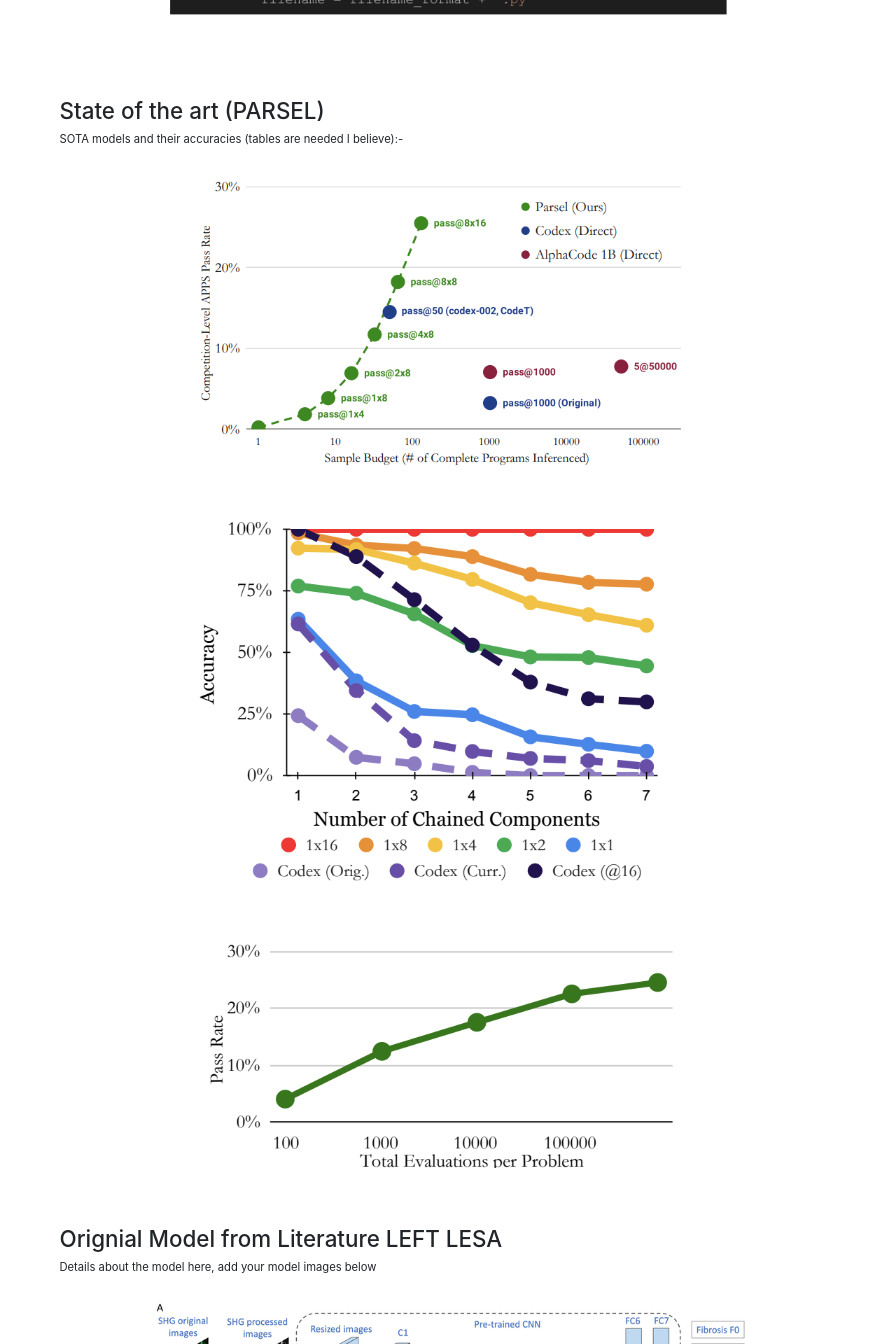
Repository: Shaalan-omar/ConcodePlus
Page: team-specific/index.html
An editor plug-in stored every save of this project. The page is shown before and after the next save, followed by the edit.
The browser window is 1280 px wide. The pictures show the part of the page from y = 3262 to 5182 px (the page is 7667 px tall before and 7739 px after), at 70% of full size.

Above is the page before, as saved 2023-05-14 01:00:20.

### team-specific/index.html
<!DOCTYPE html>
<html lang="en">

<head>

  <meta charset="utf-8">
  <meta name="viewport" content="width=device-width, initial-scale=1, shrink-to-fit=no">
  <meta name="description" content="">
  <meta name="author" content="">

  <title>Code Generation / Documentation model based on CodeT5</title>

  <!-- Bootstrap core CSS -->
  <link href="../vendor/bootstrap/css/bootstrap.min.css" rel="stylesheet">

</head>

<body>

  <!-- Navigation -->
  <nav class="navbar navbar-expand-lg navbar-dark bg-dark static-top">
    <div class="container">
      <a class="navbar-brand" href="../home.html">Practical Machine Deep Learning</a>
      <button class="navbar-toggler" type="button" data-toggle="collapse" data-target="#navbarResponsive" aria-controls="navbarResponsive" aria-expanded="false" aria-label="Toggle navigation">
        <span class="navbar-toggler-icon"></span>
      </button>
      <div class="collapse navbar-collapse" id="navbarResponsive">
        <ul class="navbar-nav ml-auto">
          <li class="nav-item active">
            <a class="nav-link" href="../home.html">Home
              <span class="sr-only">(current)</span>
            </a>
          </li>
          <li class="nav-item">
            <a class="nav-link" href="../about.html">About</a>
          </li>
          <li class="nav-item">
            <a class="nav-link" href="../contact.html">Contact</a>
          </li>
        </ul>
      </div>
    </div>
  </nav>

  <!-- Page Content -->
  <div class="container">
    <div class="row">
      <div class="col-lg-12 text-center">
        <h1 class="mt-5">Code Generation / Documentation model based on CodeT5</h1>
        <ul class="list-unstyled">
          <li>Omar Shaalan 900193887</li>
          <li>Kyrollos Zakarya 900203309</li>
        </ul>
      </div>
    </div>


    <div class="row">
      <div class="col-lg-12 text-left">
        <h2 class="mt-5"></h2>
		<p>
			Code generation is a very important in our current daily life. However, the documentation of the code is beyond important too,
      we need the code that is generated to have a documentation generated with it in order to be able to generate a code that is understandable
      and increase the efficency (we increase the efficency of the code by providing commented code, so it will be easier to understand and reuse or extract the
       needed parts from it)
		</p>
      </div>
    </div>

    <div class="row">
      <div class="col-lg-12 text-left">
        <h2 class="mt-5">Dataset</h2>

        <p>
			Our initial plan was to work with the Cocode's task dataset (concode is the code generation task), this was initially our intution
      as our task, ConcodePlus(the commented code generation task), was going to generate the code that concode generated but with comments. However,
      in concode's dataset we only had the code and the Natural Language describing the code, but no dataset had the code itself with comments in the same coloumn,
      this of course limited our ways
      to train the model on genreating a documented code, as we had no clear dataset that had code, comments for that code, all we had was datasets having code and
      a natural language describing the code, as illustrated in the visualization of the Concode's dataset below.
    </p>
    <br/> <!-- Empty Line before the image -->
    <div class="img-container" align="center"> <!-- Block parent element -->
        <img src="resources/images/concode.png" class="img-fluid text-center">
    </div>
    <br/> <!-- Empty Line after the image -->
<p>
  Hence, we had to make a major change, that will allow us to have a dataset that contains a pair consisting of code and a prompt as usual describing
      the code, but in the code's column we added comments to the code itself in the same coloumn.
      This was our own dataset, and we called PyPlus, as this dataset works on Python codes only, and the plus part is because it is the first of its
      type to contain code with detailed comments of the code in the same column, or at least the first
      of its type as an open source dataset, as we have found NO other open source or closed source (but this is hard to make sure of as closed source
      are like a black box, you cannot see what is inside them) dataset in python storing data in that way.
</p>
<br/> <!-- Empty Line before the image -->
<div class="img-container" align="center"> <!-- Block parent element -->
    <img src="resources/images/dataset.png" class="img-fluid text-center">
</div>

      </div>
    </div>

    <div class="row">
      <div class="col-lg-12 text-left">
        <h2 class="mt-5">Input/Output Examples</h2>
   <br>
      </br>
        <h3>
			 Problem statement: -
        </h3>

		<br/> <!-- Empty Line before the image -->
	    <div class="img-container" align="center"> <!-- Block parent element -->
      		<img src="resources/images/Problem_Stat_1.png" class="img-fluid text-center">
    	</div>

    	<br/> <!-- Empty Line after the image -->

      <br/> <!-- Empty Line before the image -->
	    <div class="img-container" align="center"> <!-- Block parent element -->
      		<img src="resources/images/Problem_Stat_2.png" class="img-fluid text-center">
    	</div>


        <br>
      </br>
         <h3>
			 Our Own Output: -
        </h3>

      	    <div class="img-container" align="center"> <!-- Block parent element -->
      		<img src="resources/images/output_real.png" class="img-fluid text-center">
    	</div>
      <!-- <p class = "center">
        Feel the difference?
     </p> -->
     <br>
    </br>

    	<br/> <!-- Empty Line after the image -->
      </div>
    </div>


    <div class="row">
      <div class="col-lg-12 text-left">
        <h2 class="mt-5">State of the art (PARSEL)</h2>

        <p>
			SOTA models and their accuracies (tables are needed I believe):-
		</p>

		<br/> <!-- Empty Line before the image -->
	    <div class="img-container" align="center"> <!-- Block parent element -->
      		<img src="resources/images/parsel_1.png" class="img-fluid text-center">
    	</div>
    	<br/> <!-- Empty Line after the image -->

      <br/> <!-- Empty Line before the image -->
	    <div class="img-container" align="center"> <!-- Block parent element -->
      		<img src="resources/images/parsel_2.png" class="img-fluid text-center">
    	</div>
    	<br/> <!-- Empty Line after the image -->

      <br/> <!-- Empty Line before the image -->
	    <div class="img-container" align="center"> <!-- Block parent element -->
      		<img src="resources/images/parsel_3.png" class="img-fluid text-center">
    	</div>
    	<br/> <!-- Empty Line after the image -->
      </div>
    </div>

    <div class="row">
      <div class="col-lg-12 text-left">
        <h2 class="mt-5">Orignial Model from Literature LEFT LESA</h2>

        <p>
			Details about the model here, add your model images below
		</p>

		<br/> <!-- Empty Line before the image -->
	    <div class="img-container" align="center"> <!-- Block parent element -->
      		<img src="resources/images/model.png" class="img-fluid text-center">
    	</div>
    	<br/> <!-- Empty Line after the image -->
      </div>
    </div>

    <div class="row">
      <div class="col-lg-12 text-left">
        <h2 class="mt-5">Proposed Updates</h2>

        <p>
			Add all the model updates you made here, need as many images as you wish
		</p>

		<h5 class="mt-5">Update #1: Adding Reinforcement Learning</h5>
		<p>
			Give rewards when the generated documentation along with the code is correct and add negative rewards when the generation is not good.
		</p>
		<br/> <!-- Empty Line before the image -->
	    <div class="img-container" align="center"> <!-- Block parent element -->
      		<img src="resources/images/reinforcement.png" class="img-fluid text-center">
    	</div>
    	<br/> <!-- Empty Line after the image -->
      </div>
    </div>


    <div class="row">
      <div class="col-lg-12 text-left">
        <h2 class="mt-5">Results</h2>

        <p>
			LEFT lehad ma tet7asen Add your results here, add graphs and images to illustrate it.
			Compare your results to the original model and state of the art
		</p>

		<br/> <!-- Empty Line before the image -->
	    <div class="img-container" align="center"> <!-- Block parent element -->
      		<img src="resources/images/results.png" class="img-fluid text-center">
    	</div>
    	<br/> <!-- Empty Line after the image -->
      </div>
    </div>


    <div class="row">
      <div class="col-lg-12 text-left">
        <h2 class="mt-5">Technical report</h2>

        <p>
			LEft Here you will detail the details related to training, for example: Filled With KYRO
		</p>

	 	<ul>
		  <li>Programming framework</li>
		  <li>Training hardware i.e. colab or azure or anything else</li>
		  <li>Training time</li>
		  <li>Number of epochs</li>
		  <li>Time per epoch</li>
		  <li>Any other important detail or difficulties</li>
		</ul>
      </div>
    </div>

	<div class="row">
	  <div class="col-lg-12 text-left">
	    <h2 class="mt-5">Conclusion</h2>

	    <p>
			Conclusion and future work (including lessons learned and interesting findings
		</p>

	  </div>
	</div>

	<div class="row">
	  <div class="col-lg-12 text-left">
	    <h2 class="mt-5">References</h2>

	    <p>
	    	List all references here, the following are only examples
	    </p>

		<ol>
		  <li><a href="https://arxiv.org/pdf/2212.10561v2.pdf">Parsel Paper</a></li>
		  <li><a href="https://arxiv.org/pdf/2109.00859v1.pdf">CodeT5 PaperL</a></li>
		  <li><a href="http://www.google.com">Dataset Link LEFT need to upload it to github</a></li>
		</ol>
	  </div>
	</div>

  </div>



  <!-- Bootstrap core JavaScript -->
  <script src="../vendor/jquery/jquery.slim.min.js"></script>
  <script src="../vendor/bootstrap/js/bootstrap.bundle.min.js"></script>

</body>

</html>

Loaded but not shown: vendor/bootstrap/css/bootstrap.min.css (library); vendor/jquery/jquery.slim.min.js (library); vendor/bootstrap/js/bootstrap.bundle.min.js (library)

After the next save:
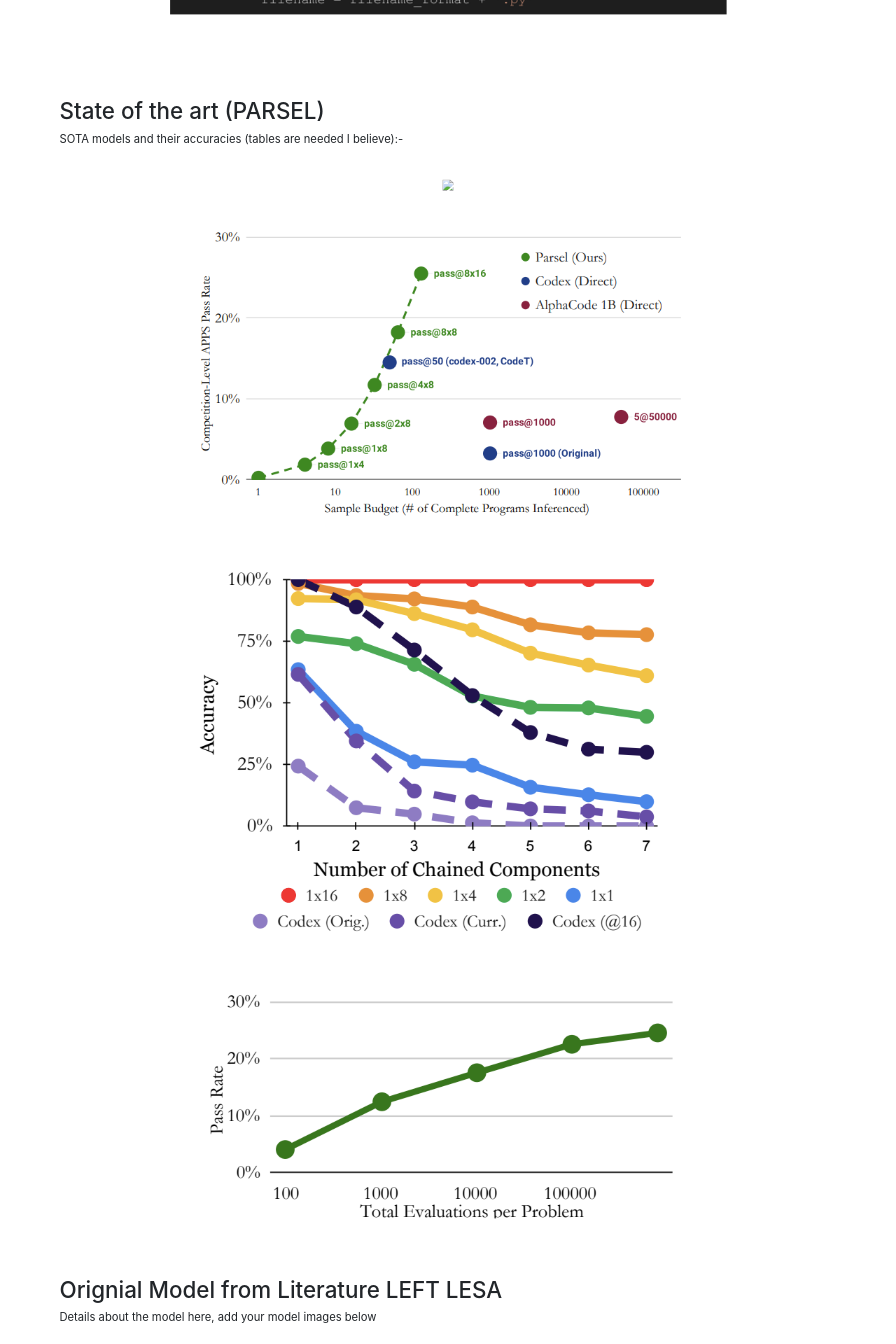
Not found: team-specific/resources/images/parsel_data.png
Saved 10 min 55 s later.
--- a/team-specific/index.html
+++ b/team-specific/index.html
@@ -150,6 +150,11 @@
 			SOTA models and their accuracies (tables are needed I believe):-
 		</p>
 
+	  <br/> <!-- Empty Line before the image -->
+	    <div class="img-container" align="center"> <!-- Block parent element -->
+      		<img src="resources/images/parsel_data.png" class="img-fluid text-center">
+    	</div>
+    	<br/> <!-- Empty Line after the image -->
 		<br/> <!-- Empty Line before the image -->
 	    <div class="img-container" align="center"> <!-- Block parent element -->
       		<img src="resources/images/parsel_1.png" class="img-fluid text-center">

After the save that followed:
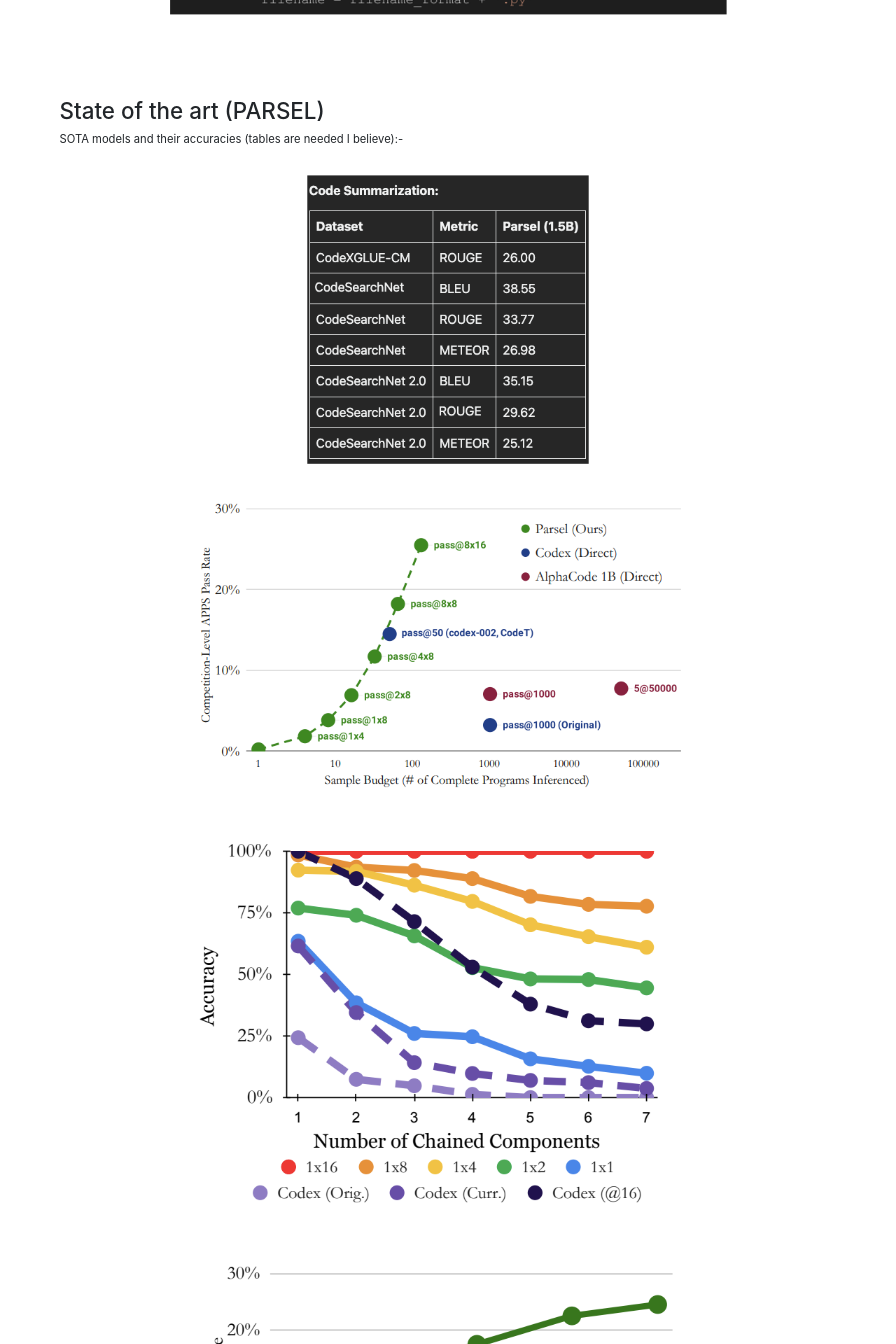
Saved 2 min 1 s later.
--- a/team-specific/index.html
+++ b/team-specific/index.html
@@ -152,7 +152,7 @@
 
 	  <br/> <!-- Empty Line before the image -->
 	    <div class="img-container" align="center"> <!-- Block parent element -->
-      		<img src="resources/images/parsel_data.png" class="img-fluid text-center">
+      		<img src="resources/images/parsel_code_sum.png" class="img-fluid text-center">
     	</div>
     	<br/> <!-- Empty Line after the image -->
 		<br/> <!-- Empty Line before the image -->
